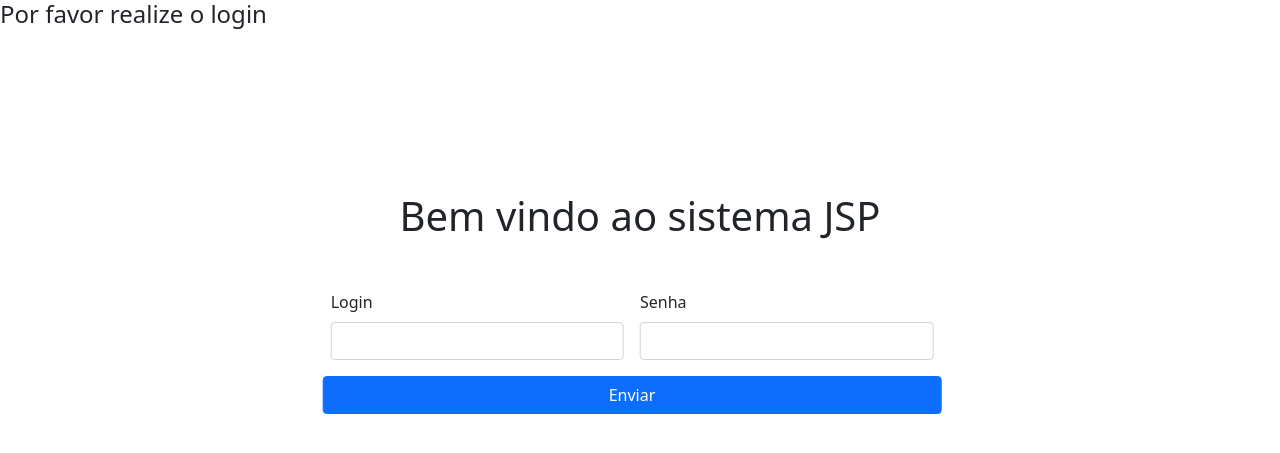
Repository: EduCarmo/PROJETO_JAVA-JSP_JDBC_SQL_JAVA
Page: http://localhost/curso-jsp/principal/cadastrousuario.jsp
The author's editor kept a copy of each file at every save. The page is drawn from the files as they stood at one save, then again after the next save.
The browser window is 1280 px wide. The pictures show the whole page.
The page is served by Tomcat 10. Other server files are loaded and not shown.

Above is the page before, as saved 2024-03-13 22:05:09.

### curso-jsp/src/main/webapp/index.jsp
<%@ page language="java" contentType="text/html; charset=UTF-8"
	pageEncoding="UTF-8"%>
<!DOCTYPE html>
<html lang="pt-BR">
<head>
<meta charset="UTF-8">
<meta name="viewport" content="width=device-width, initial-scale=1">

<link
	href="https://cdn.jsdelivr.net/npm/bootstrap@5.0.2/dist/css/bootstrap.min.css"
	rel="stylesheet"
	integrity="sha384-EVSTQN3/azprG1Anm3QDgpJLIm9Nao0Yz1ztcQTwFspd3yD65VohhpuuCOmLASjC"
	crossorigin="anonymous">

<title>Curso JSP</title>

<style type="text/css">

form{
	position: absolute;
	top: 50%;
	left: 50%;
	transform: translate(-50%,-50%);
}

h1{
	position: absolute;
	top: 30%;
	left: 50%;
	transform: translate(-50%,-50%);

}

</style>

</head>
<body>

	<h1>Bem vindo ao sistema JSP</h1>

	<form action="ServletLogin" method="post" class="row g-3">

		<input type="hidden" value="<%=request.getParameter("url")%>"
			name="url">

		<div class="col-md-6">
			<label class="form-label">Login</label>
			<input name="login" type="text" class="form-control">
		</div>

		<div class="col-md-6">
			<label class="form-label">Senha</label>
			<input name="senha" type="password" class="form-control">
		</div>

		<input type="submit" value="Enviar" class="btn btn-primary">
	</form>

	<h4>${msg}</h4>

	<script
		src="https://cdn.jsdelivr.net/npm/bootstrap@5.0.2/dist/js/bootstrap.bundle.min.js"
		integrity="sha384-MrcW6ZMFYlzcLA8Nl+NtUVF0sA7MsXsP1UyJoMp4YLEuNSfAP+JcXn/tWtIaxVXM"
		crossorigin="anonymous"></script>

</body>
</html>

After the next save:
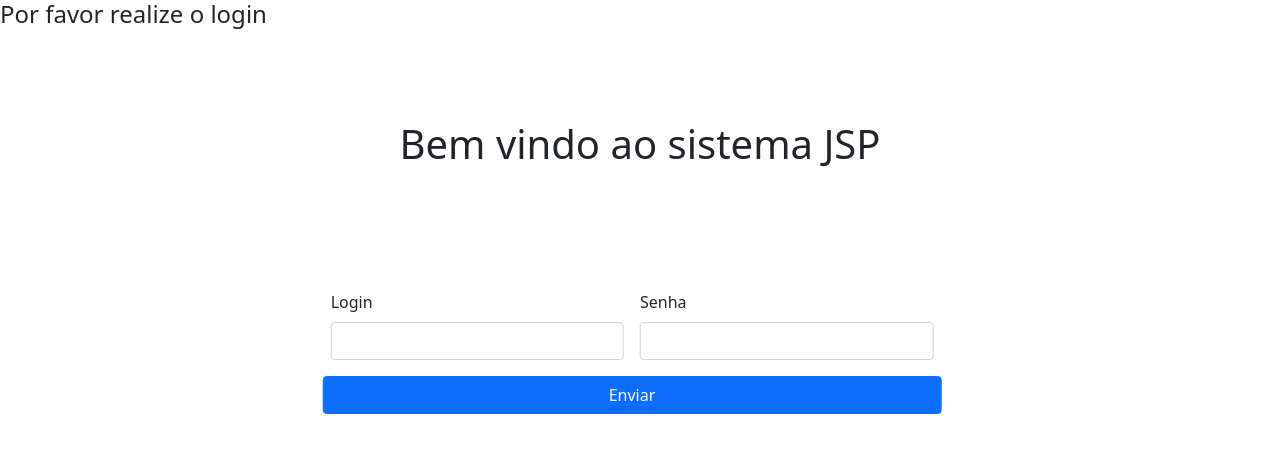
Saved 4 s later.
--- a/curso-jsp/src/main/webapp/index.jsp
+++ b/curso-jsp/src/main/webapp/index.jsp
@@ -25,7 +25,7 @@
 
 h1{
 	position: absolute;
-	top: 30%;
+	top: 20%;
 	left: 50%;
 	transform: translate(-50%,-50%);
 

After the save that followed:
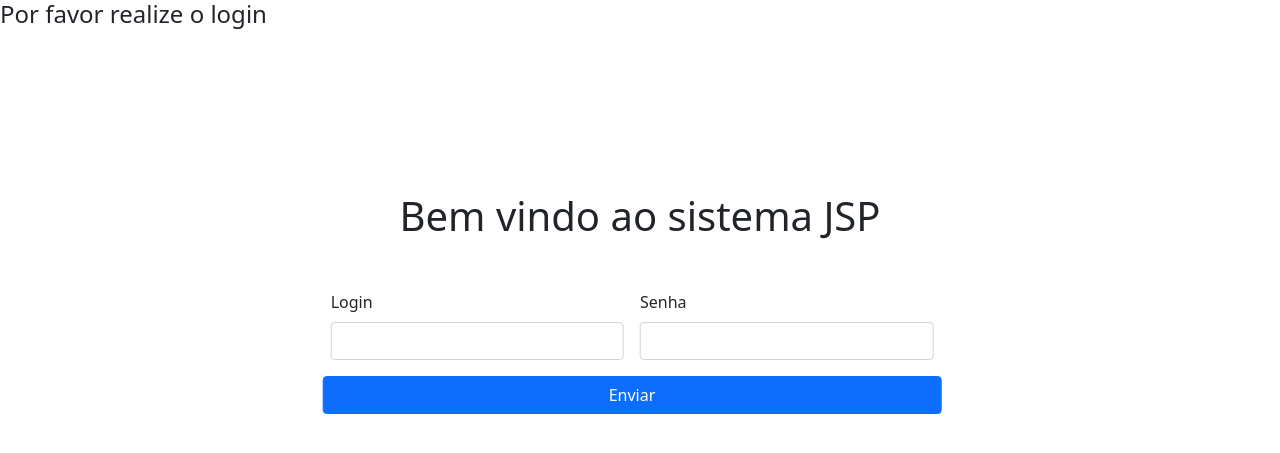
Saved 5 s later.
--- a/curso-jsp/src/main/webapp/index.jsp
+++ b/curso-jsp/src/main/webapp/index.jsp
@@ -25,7 +25,7 @@
 
 h1{
 	position: absolute;
-	top: 20%;
+	top: 30%;
 	left: 50%;
 	transform: translate(-50%,-50%);
 
